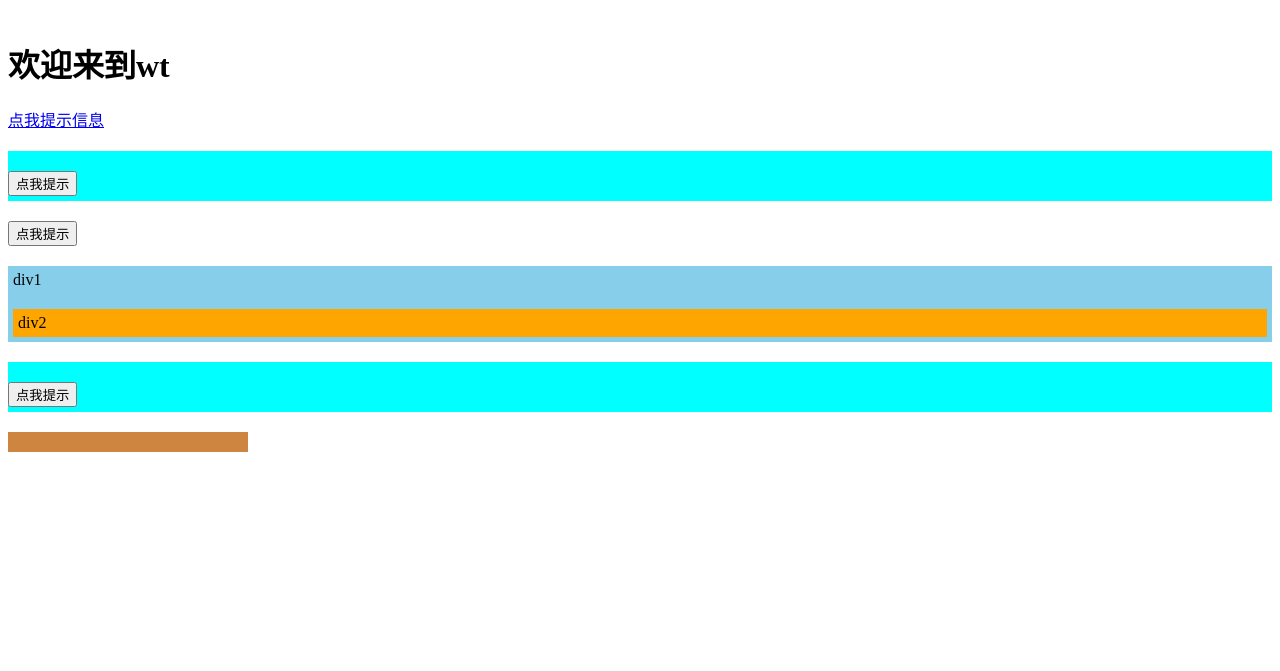
Repository: reggiepy/vueLeaning
Page: 07 事件处理/2 事件修饰符.html
An editor plug-in stored every save of this project. The page is shown before and after the next save, followed by the edit.
The browser window is 1280 px wide. The pictures show the whole page.

Above is the page before, as saved 2021-12-05 18:46:16.

### 07 事件处理/2 事件修饰符.html
<!DOCTYPE html>
<html lang="en">
  <head>
    <meta charset="UTF-8" />
    <meta http-equiv="X-UA-Compatible" content="IE=edge" />
    <meta name="viewport" content="width=device-width, initial-scale=1.0" />
    <title>事件修饰符</title>
    <script type="text/javascript" src="../js/vue.js"></script>
    <style>
      * {
        margin-top: 20px;
      }
      .demon1 {
        height: 50px;
        background-color: aqua;
      }
      .box1 {
        padding: 5px;
        background-color: skyblue;
      }
      .box2 {
        padding: 5px;
        background-color: orange;
      }
      .list {
        width: 200px;
        height: 20px;
        background-color: peru;
        overflow: auto;
    }
    li{
        height: 100px;
    }
    </style>
  </head>
  <body>
    <div id="root">
      <h1>欢迎来到{{name}}</h1>
      <!-- 1. 组织默认事件 -->
      <a href="https://www.baidu.com" @click.prevent="showInfo">点我提示信息</a>

      <!-- 2. 组织事件冒泡 （常用）-->
      <div class="demon1" @click="showInfo">
        <button @click.stop="showInfo">点我提示</button>
      </div>

      <!-- 3. 事件只触发一次 （常用） -->
      <button @click.once="showInfo">点我提示</button>

      <!-- 4. 使用事件的捕获模式 （常用）-->
      <div class="box1" @click.capture="showMsg(1)">
        div1
        <div class="box2" @click="showMsg(2)">div2</div>
      </div>

      <!-- 5. 只用event.target 是当前操作元素时候才触发的事件 -->
      <div class="demon1" @click.self="showInfo">
        <button @click="showInfo">点我提示</button>
      </div>

      <!-- 事件默认立即执行，无需等待事件回调执行完毕 -->
      <ul class="list">
        <li>1</li>
        <li>2</li>
        <li>3</li>
        <li>4</li>
      </ul>
    </div>
  </body>
  <script>
    Vue.config.productionTip = false;
    const vm = new Vue({
      el: "#root",
      data: {
        name: "wt",
      },
      methods: {
        showInfo(e) {
          //    e.preventDefault()
          // e.stopPropagation()
          //    alert("同学你好！")
          console.log(e.target);
        },
        showMsg(msg) {
          console.log(msg);
        },
      },
    });
  </script>
</html>

Loaded but not shown: js/vue.js (library)

After the next save:
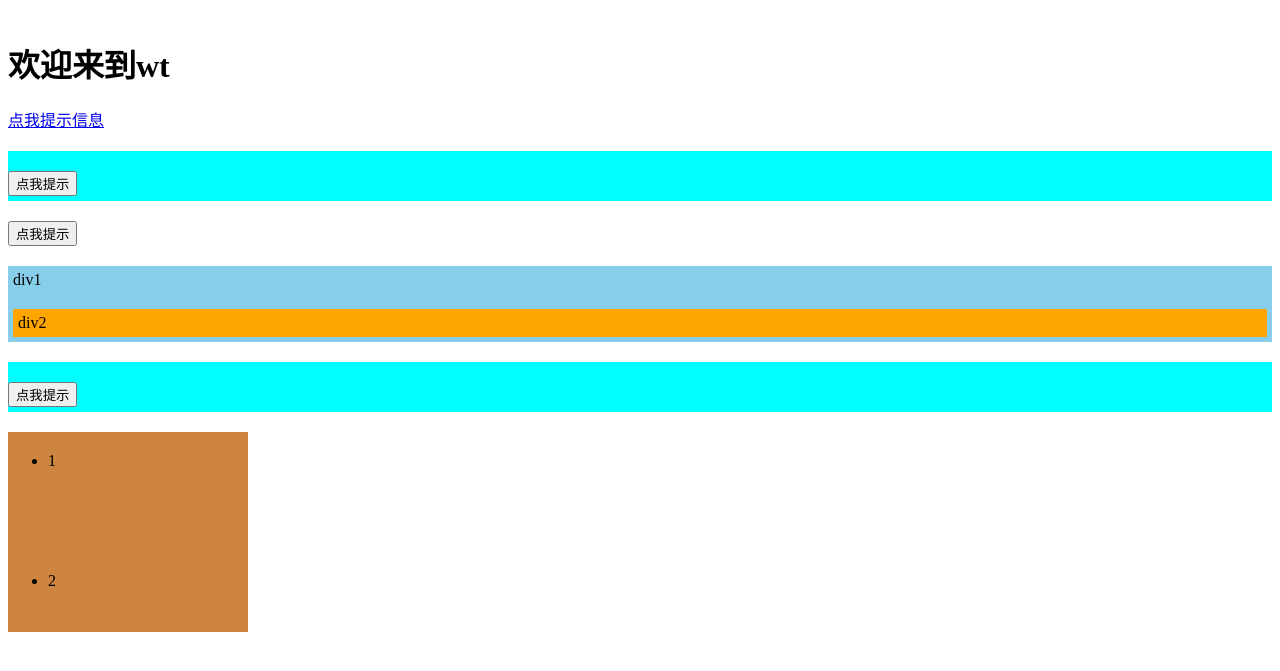
Saved 56 s later.
--- a/07 事件处理/2 事件修饰符.html
+++ b/07 事件处理/2 事件修饰符.html
@@ -24,7 +24,7 @@
       }
       .list {
         width: 200px;
-        height: 20px;
+        height: 200px;
         background-color: peru;
         overflow: auto;
     }
